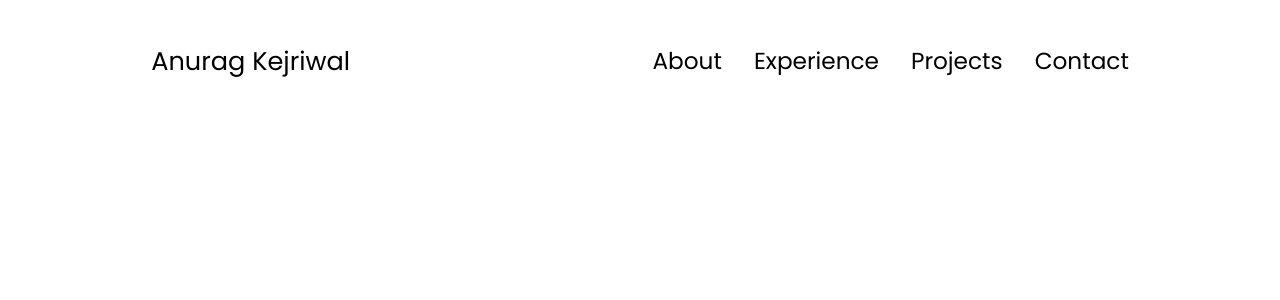
Repository: anuragkej/OldPortfolio
Page: index.html
An editor plug-in stored every save of this project. The page is shown before and after the next save, followed by the edit.
The browser window is 1280 px wide. The pictures show the whole page.

Above is the page before, as saved 2024-05-25 20:22:05.

### index.html
<!DOCTYPE html>
<html lang="en">
<head>
    <meta charset="UTF-8">
    <meta name="viewport" content="width=device-width, initial-scale=1.0">
    <title>Personal Portfolio</title>
    <link rel="stylesheet" href="style.css">
    <link rel="stylesheet" href="mediaqueries.css">
</head>
<body>
    <nav id="desktop-nav">
        <div class="logo">Anurag Kejriwal</div>
        <div>
            <ul class="nav-links">
                <li><a href="#about">About</a></li>
                <li><a href="#experience">Experience</a></li>
                <li><a href="#projects">Projects</a></li>
                <li><a href="#contact">Contact</a></li>
            </ul>
        </div>
    </nav>
    <script src="script.js"></script>

</body>
</html>

### style.css
/* General */

@import url('https://fonts.googleapis.com/css2?family=Poppins:wght@300;400;500;600&display=swap');
*{
    margin: 0;
    padding: 0;
}

body{
    font-family: "Poppins", sans-serif;
}

html{
    scroll-behavior: smooth;
}

p{
    color: rgb(85, 85, 85);
}

/* Transition */
/* all the links, with button*/

a,
.btn{
    transition: all 300ms ease;
}

/*Desktop navigation */

nav, .nav-links {
    display: flex;
}

nav{
    justify-content: space-around;
    align-items: center;
    height: 17vh;
}

.nav-links{
    gap: 2rem;
    list-style: none;
    font-size: 1.45rem;
}

a{
    color: black;
    text-decoration: none;
    text-decoration-color: white;

}

a:hover{
    color: grey;
    text-decoration: underline;
    text-underline-offset: 0.7rem;
    text-decoration-color: rgb(181, 181, 181);
}

.logo{
    font-size: 1.6rem
}

Loaded but not shown: mediaqueries.css (no copy from this time; the picture is the same without it); script.js (no copy from this time; the picture is the same without it)

After the next save:
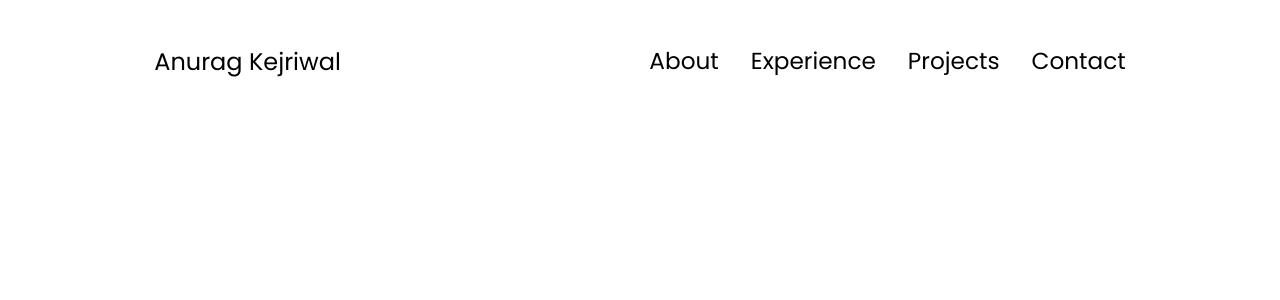
Saved 29 s later.
--- a/style.css
+++ b/style.css
@@ -59,5 +59,9 @@
 }
 
 .logo{
-    font-size: 1.6rem
+    font-size: 1.5rem
 }
+
+.logo:hover{
+    cursor:default;
+}
